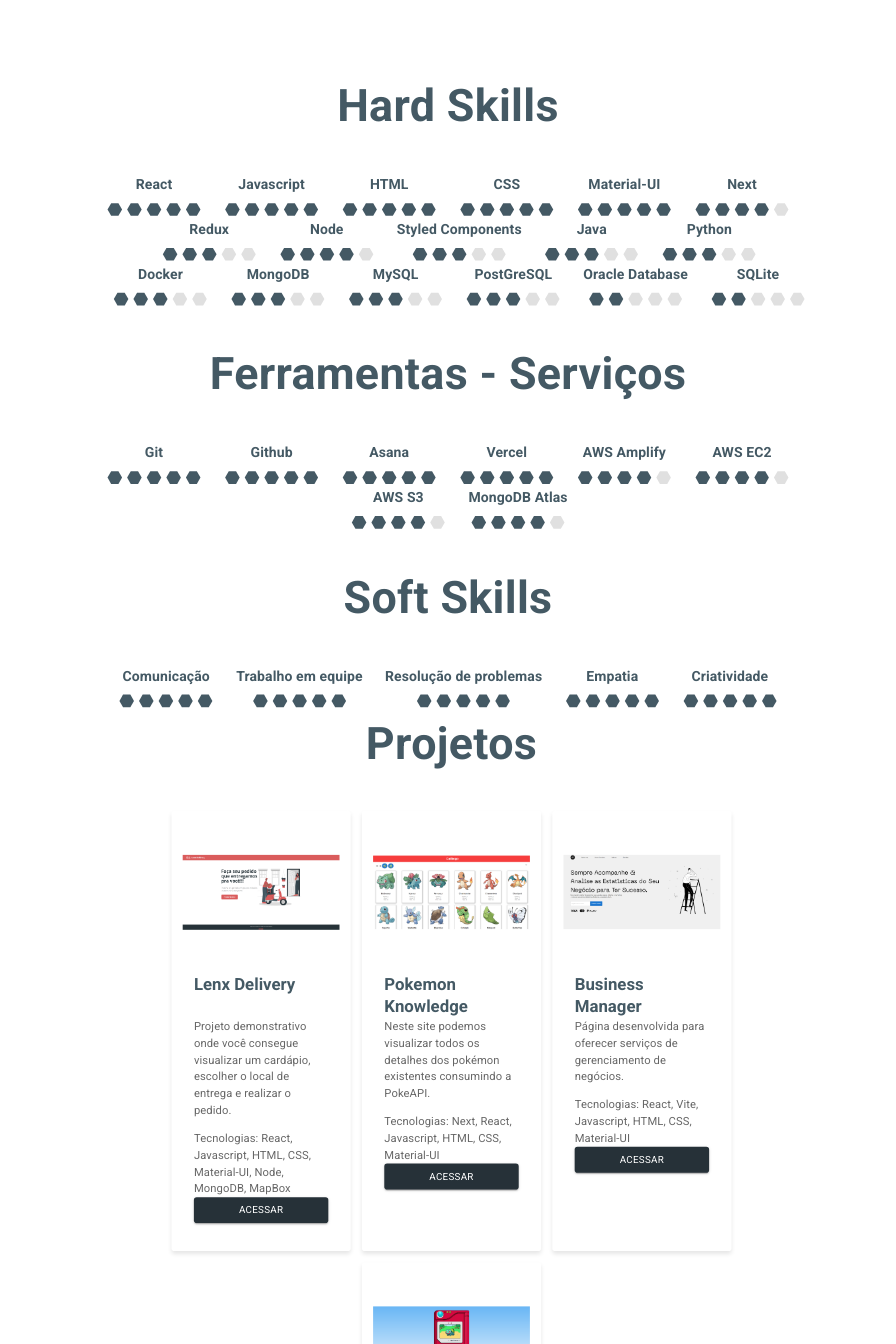
Repository: lenx0/myportfolio
Page: /
The author's editor kept a copy of each file at every save. The page is drawn from the files as they stood at one save, then again after the next save.
The browser window is 1280 px wide. The pictures show the part of the page from y = 1806 to 3726 px (the page is 5251 px tall before and 5173 px after), at 70% of full size.
The project was rebuilt for these pictures with package versions that can differ from the ones it lists, and the page was loaded fresh each time. Also part of the build but not shown: vite.config.js.

Above is the page before, as saved 2024-06-14 10:11:03.

After the next save:
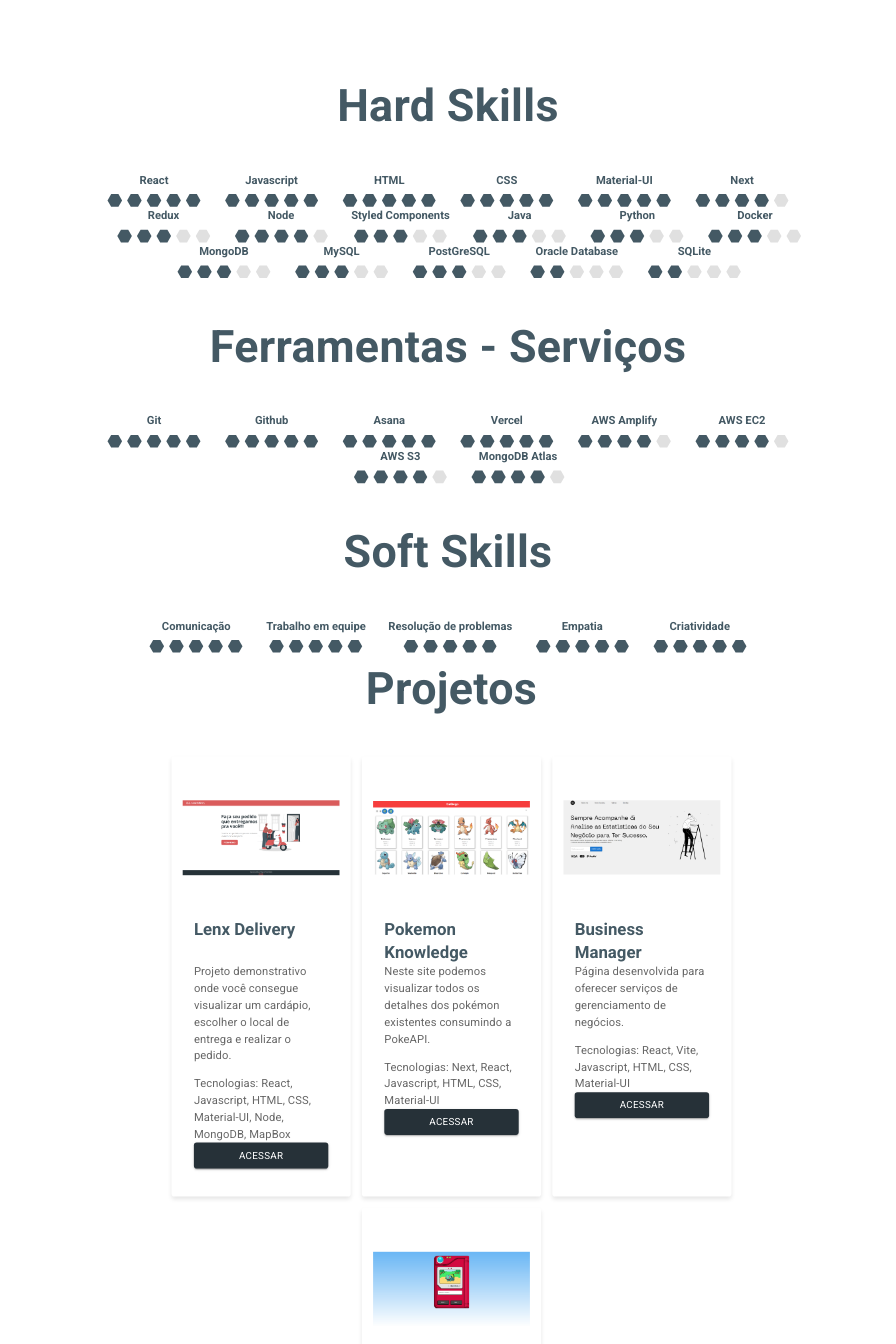
Saved 6 s later.
--- a/src/components/HardSkills/rating.jsx
+++ b/src/components/HardSkills/rating.jsx
@@ -4,7 +4,7 @@
 const SkillRating = ({ skill, rating }) => {
   return (
     <Stack direction="column" alignItems="center" spacing={1}>
-      <Typography variant="h6" fontWeight={700} color="#445964">
+      <Typography variant="h7" fontWeight={700} color="#445964">
         {skill}
       </Typography>
       <Stack direction="row" spacing={0.5}>
